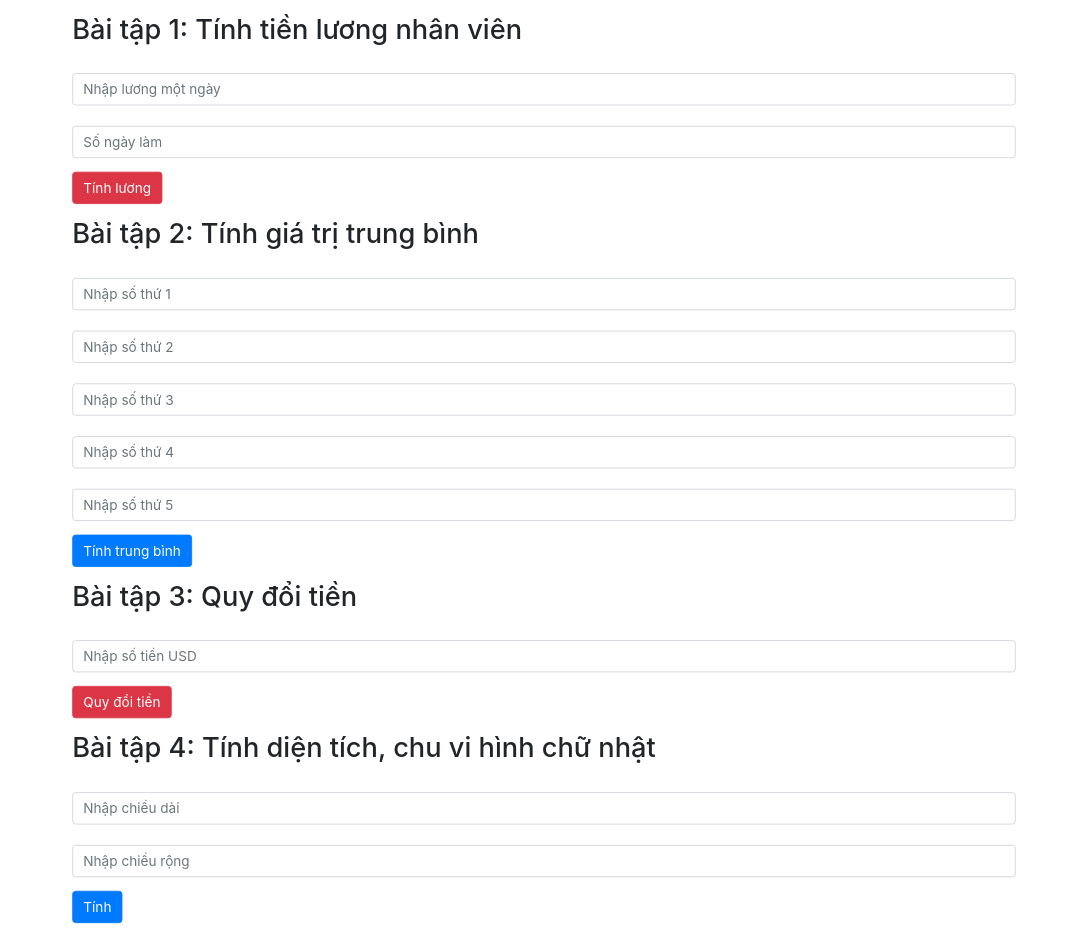
Repository: thanhfrankie/BC10-LeMinhThanh-Js-b2-3
Page: index.html
An editor plug-in stored every save of this project. The page is shown before and after a run of saves, followed by the edit.
The browser window is 1280 px wide. The pictures show the whole page, at 85% of full size.

Above is the page before, as saved 2023-12-15 16:08:32.

After the next 2 saves:
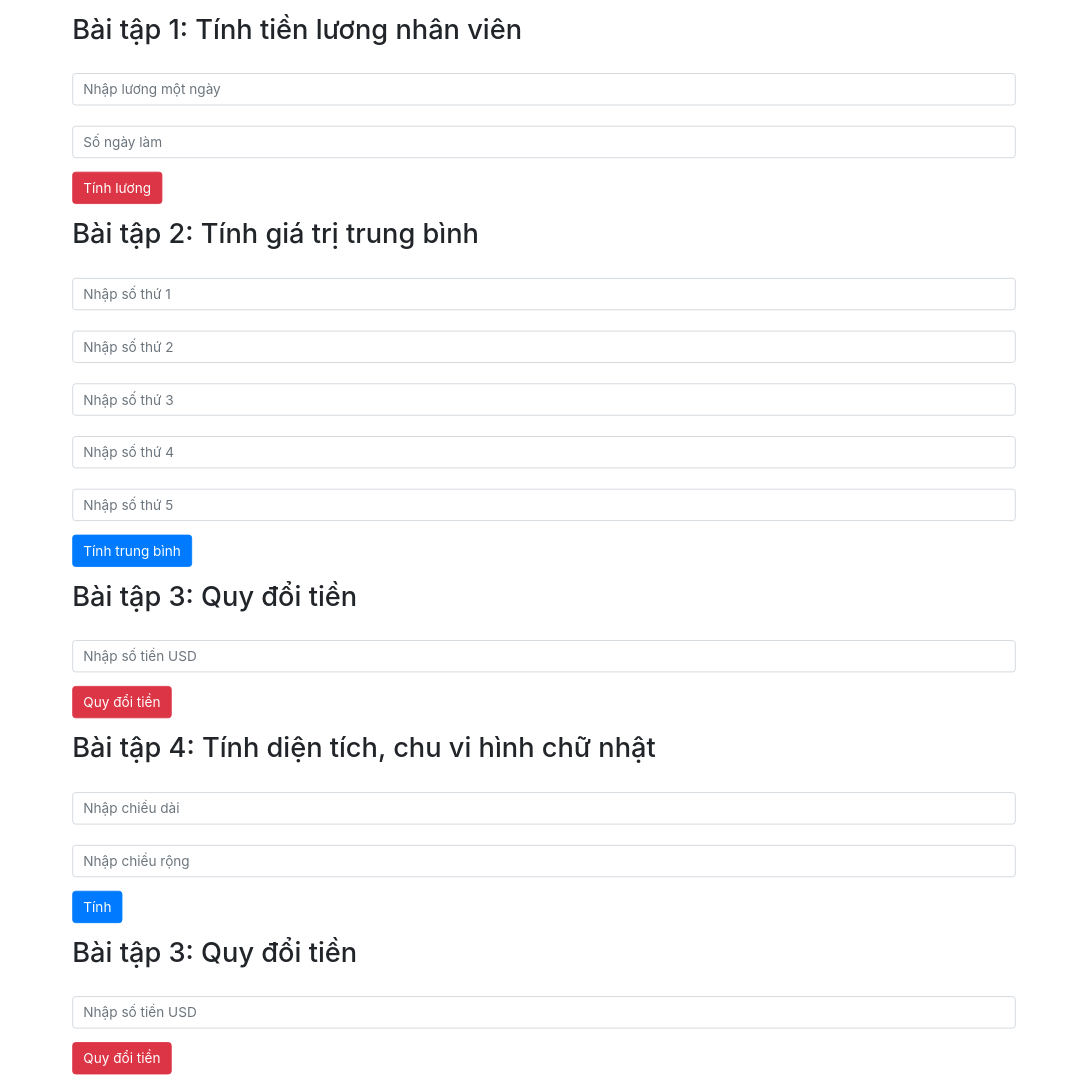
The 2 saves are shown as one change because they came seconds apart.
The last was saved 39 s later.
--- a/index.html
+++ b/index.html
@@ -160,6 +160,27 @@
       </div>
       <h2 id="ket-qua-nhan-duoc"></h2>
     </div>
+    <!-- Bài tập 5 -->
+    <div class="container">
+      <h2 class="mt-3">Bài tập 3: Quy đổi tiền</h2>
+      <div class="form-group">
+        <label for="so-luong-USD"></label>
+        <input
+          type="number"
+          class="form-control"
+          name=""
+          id="so-luong-USD"
+          aria-describedby="helpId"
+          placeholder="Nhập số tiền USD"
+          required
+        />
+
+        <button type="button" onclick="quyDoiTien()" class="btn btn-danger mt-3">
+         Quy đổi tiền
+        </button>
+      </div>
+      <h2 id="so-luong-VND"></h2>
+    </div>
     <!-- Optional JavaScript -->
     <!-- jQuery first, then Popper.js, then Bootstrap JS -->
     <script
